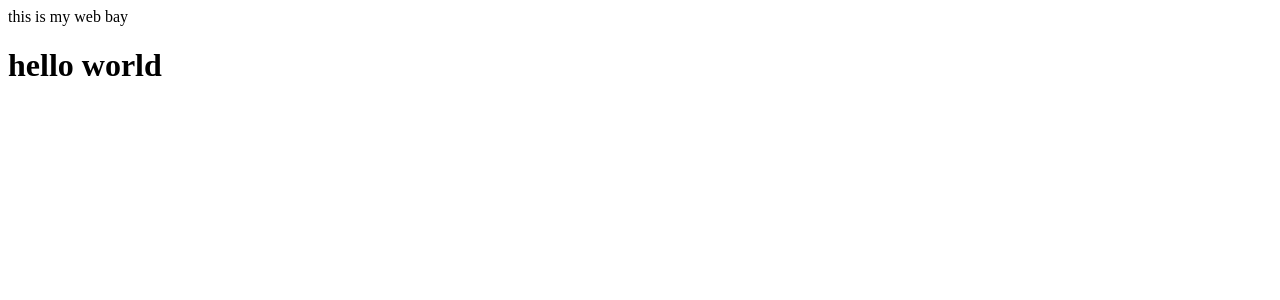
Repository: bao2222/hoc-lam-web
Page: icon.html
The author's editor kept a copy of each file at every save. The page is drawn from the files as they stood at one save, then again after the next save.
The browser window is 1280 px wide. The pictures show the whole page.

Above is the page before, as saved 2024-11-17 19:56:25.

After the next save:
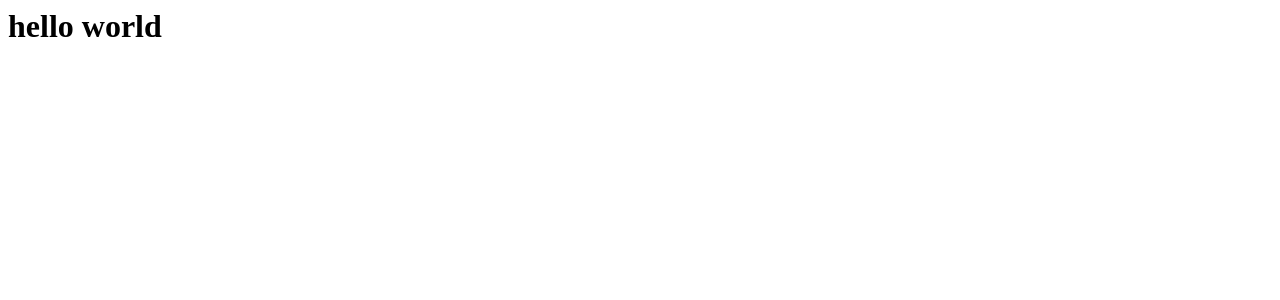
Saved 2 min 11 s later.
--- a/icon.html
+++ b/icon.html
@@ -1,6 +1,6 @@
 <html>
     <head>
-        <tittle>this is my web bay </tittle>
+        <title></title>
 
     </head>
     <body>
